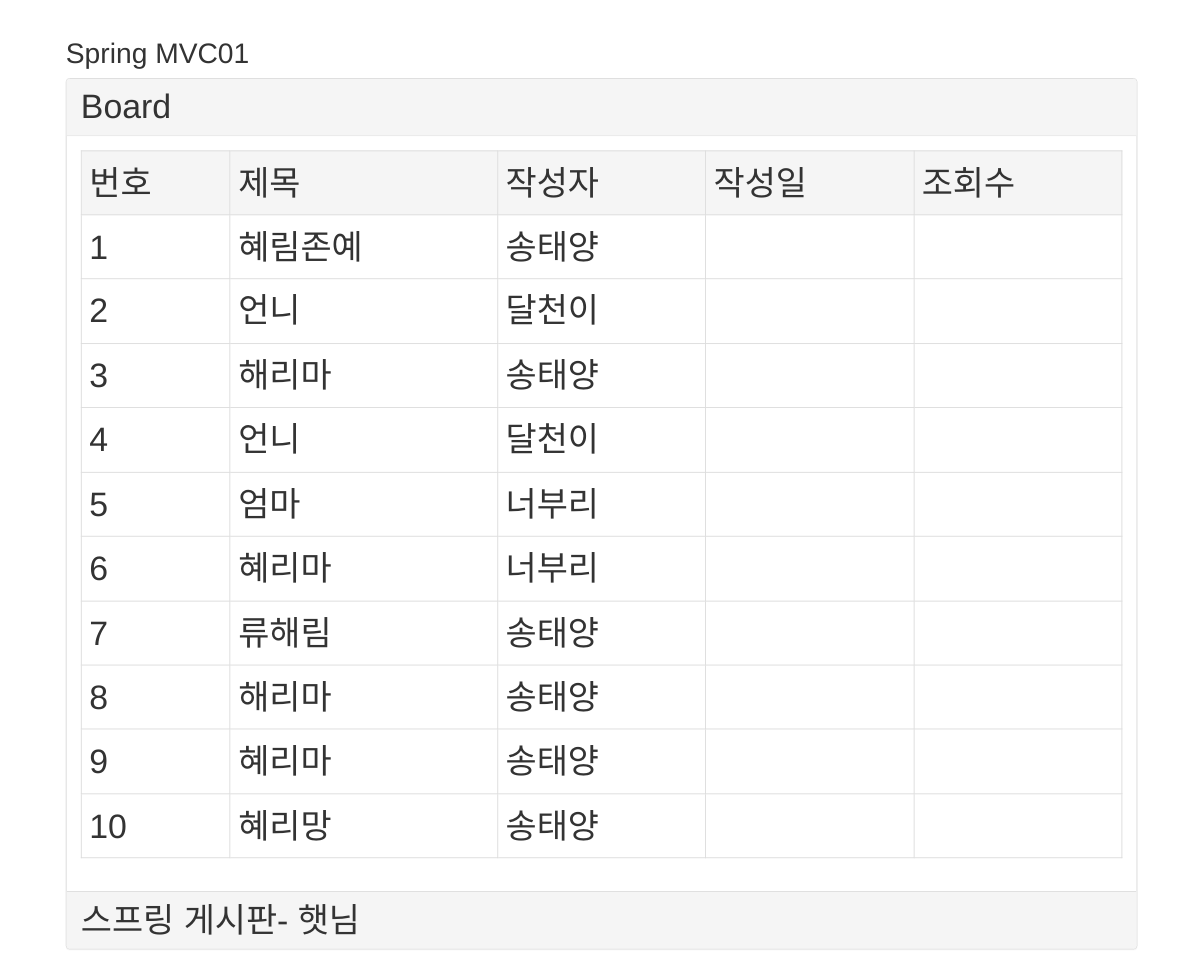
Repository: Hyerim-Ryu/Spring-
Page: http://localhost/SpringMVC01/boardList.do
The author's editor kept a copy of each file at every save. The page is drawn from the files as they stood at one save, then again after the next save.
The browser window is 1280 px wide. The pictures show the whole page, at 94% of full size.
The page is served by Tomcat 9. Other server files are loaded and not shown.

Above is the page before, as saved 2023-09-05 03:05:23.

### workspace.edu/SpringMVC01/src/main/webapp/WEB-INF/views/boardList.jsp
<%@ page language="java" contentType="text/html; charset=UTF-8"
    pageEncoding="UTF-8"%>
<%@ taglib prefix="c" uri="http://java.sun.com/jsp/jstl/core" %>
<!DOCTYPE html>
<html>
<head>
<meta charset="UTF-8">
<title>Insert title here</title>
<link rel="stylesheet" href="https://maxcdn.bootstrapcdn.com/bootstrap/3.4.1/css/bootstrap.min.css">
<script src="https://ajax.googleapis.com/ajax/libs/jquery/3.6.4/jquery.min.js"></script>
<script src="https://maxcdn.bootstrapcdn.com/bootstrap/3.4.1/js/bootstrap.min.js"></script>
</head>
<body>
	<h1>
		<div class="container">
		  <h2>Spring MVC01</h2>
			  <div class="panel panel-default">
			    <div class="panel-heading">Board</div>
			    <div class="panel-body">
			    	<table class="table table-bordered table-hover">
			    		<tr class="active">
			    			<td>번호</td>
			    			<td>제목</td>
			    			<td>작성자</td>
			    			<td>작성일</td>
			    			<td>조회수</td>
			    		</tr>
			    		<!--  model 안에 있는 list를 jstl 을 활용하여 출력하시오 -->
			    		<!--  그럼 대체 model 안의 값은 어떻게 가져오냐?
			    			  model은 request 영역안에 있다!
			    		 -->
			    		<c:forEach items="${list}" var="vo" varStatus="i">
			    		<tr>
			    			<td>${i.count}</td>
			    			<td>${vo.title}</td>
			    			<td>${vo.writer}</td>
			    			<td></td>
			    			<td></td>
			    		</tr>
			    		</c:forEach>
			    	</table>
			    </div>

			    <div class="panel-footer">스프링 게시판- 햇님</div>
		  </div>
		</div>
	</h1>
</body>
</html>

### workspace.edu/SpringMVC01/src/main/java/kr/spring/entity/Board.java
package kr.spring.entity;

import lombok.AllArgsConstructor;
import lombok.Data;
import lombok.NoArgsConstructor;
import lombok.ToString;

@Data
@AllArgsConstructor
@NoArgsConstructor
@ToString
public class Board {

	private int idx; // 번호
	private String title; // 제목
	private String content; // 내용
	private String writer; // 작성자
	private String indate; // 작성일
	private int count; // 조회수
}

After the next save:
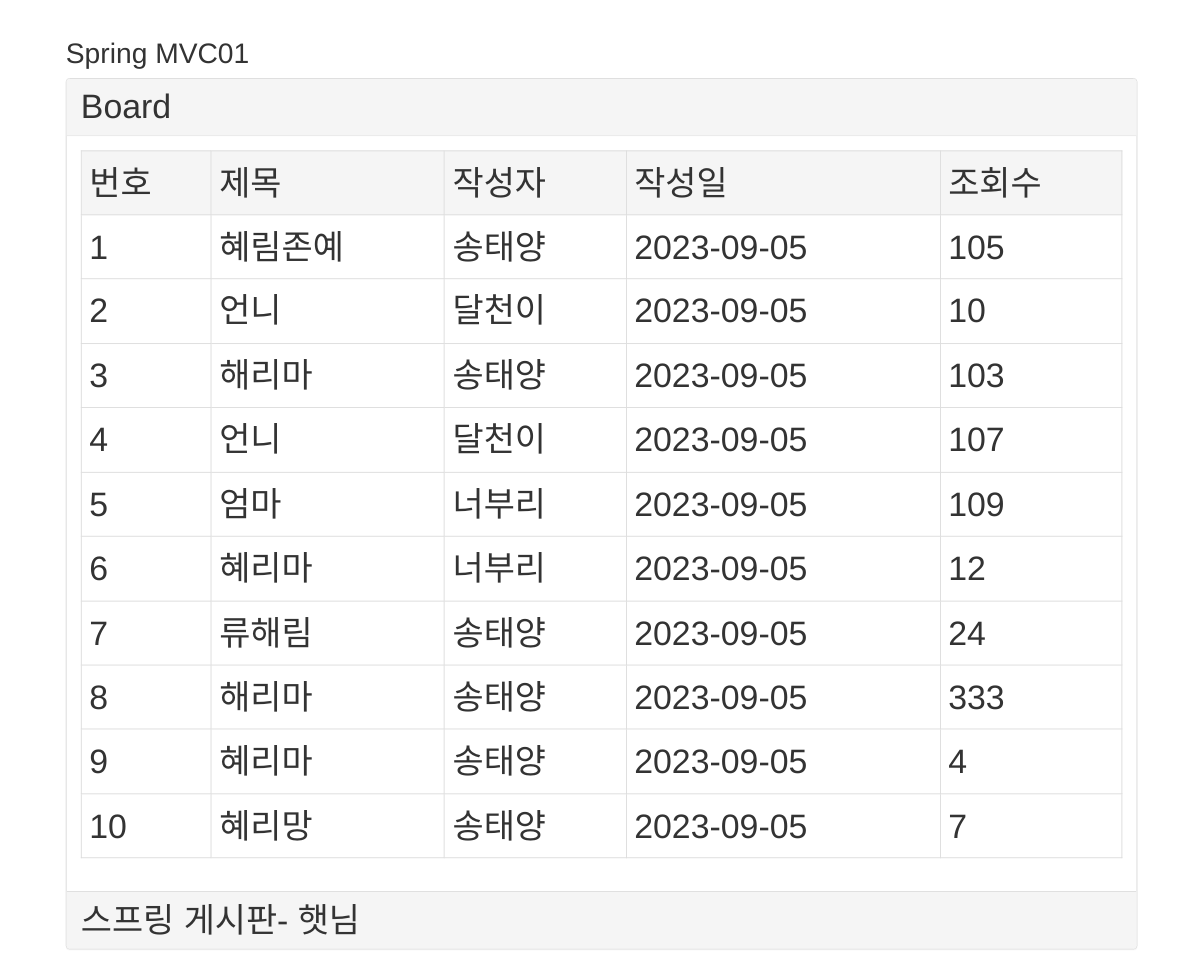
Saved 8 s later.
--- a/workspace.edu/SpringMVC01/src/main/webapp/WEB-INF/views/boardList.jsp
+++ b/workspace.edu/SpringMVC01/src/main/webapp/WEB-INF/views/boardList.jsp
@@ -34,8 +34,8 @@
 			    			<td>${i.count}</td>
 			    			<td>${vo.title}</td>
 			    			<td>${vo.writer}</td>
-			    			<td></td>
-			    			<td></td>
+			    			<td>${vo.indate}</td>
+			    			<td>${vo.count}</td>
 			    		</tr>
 			    		</c:forEach>
 			    	</table>
